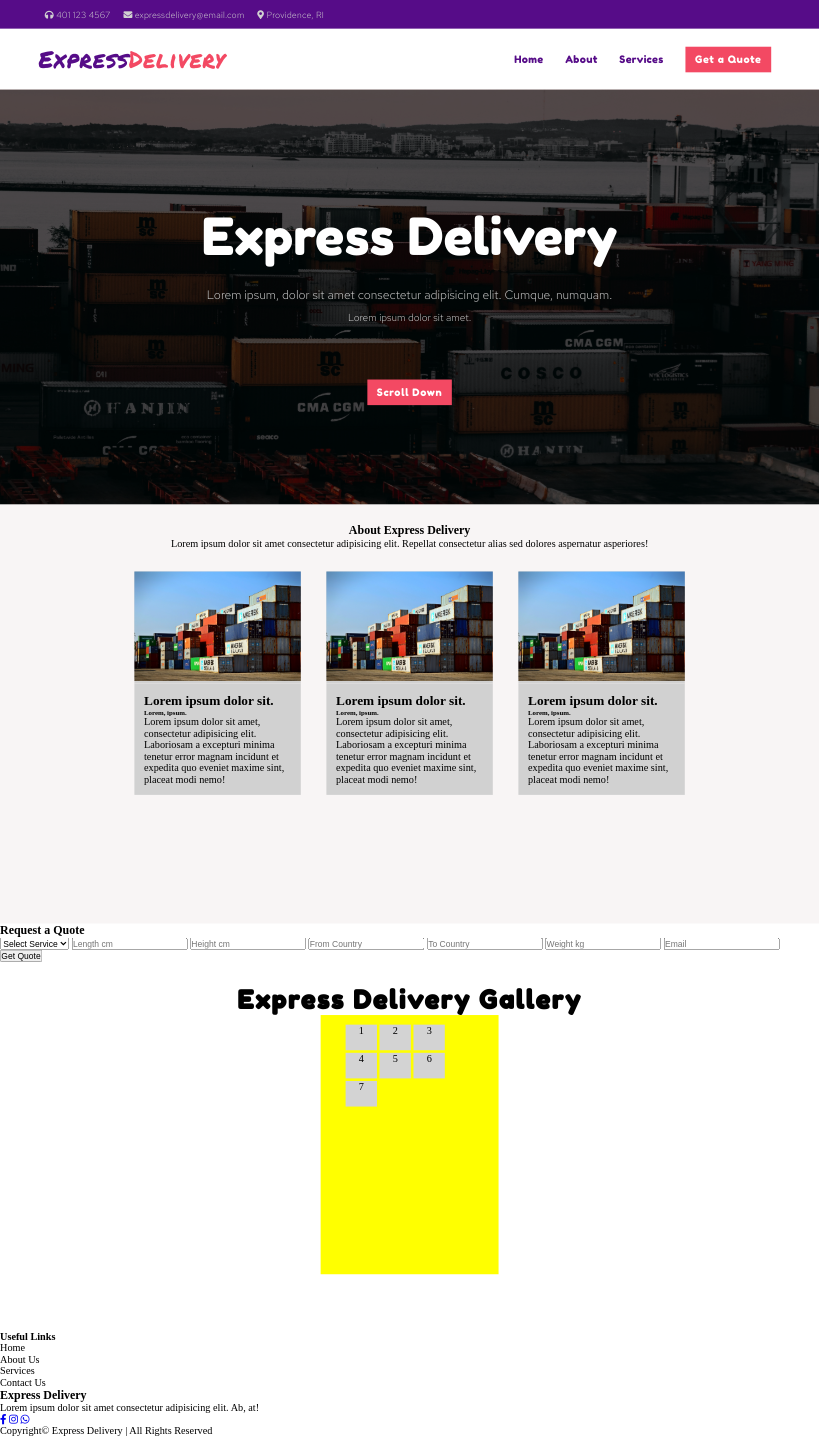
Repository: just-mann/express-delivery
Page: index.html
An editor plug-in stored every save of this project. The page is shown before and after the next save, followed by the edit.
The browser window is 1280 px wide. The pictures show the whole page, at 64% of full size.
The style sheet was rebuilt from its Sass, Less or Tailwind sources for each picture, by a compiler version that may differ from the author's.

Above is the page before, as saved 2021-06-30 14:56:15.

After the next save:
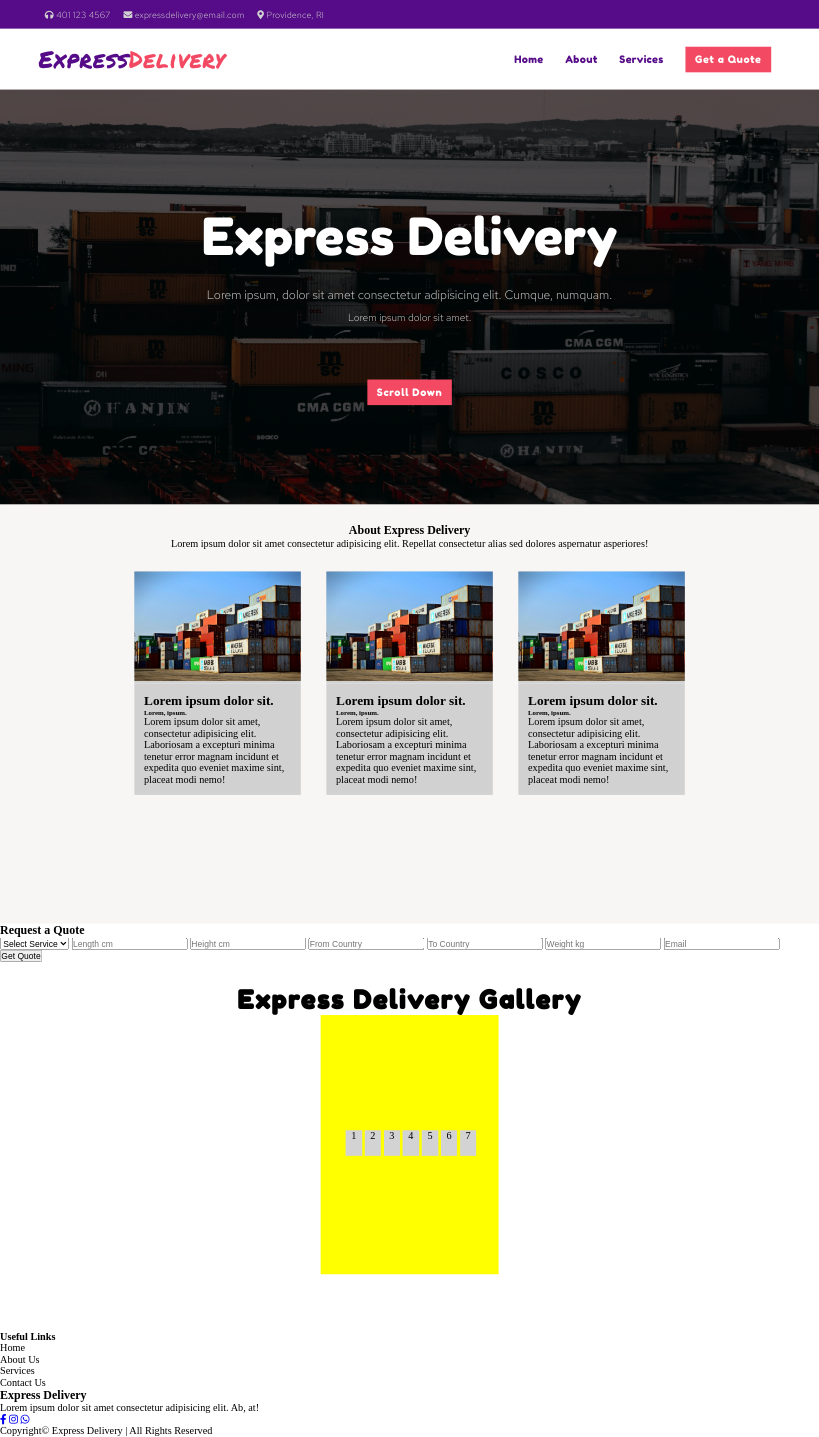
Saved 27 s later.
--- a/Sass/style.scss
+++ b/Sass/style.scss
@@ -238,7 +238,9 @@
         text-align: center;
         width: 23%;
         margin: 0 auto;
-        // float: left;
+        display: flex;
+        justify-content: center;
+        align-items: center;
 
         div {
             background: lightgray;

After the save that followed:
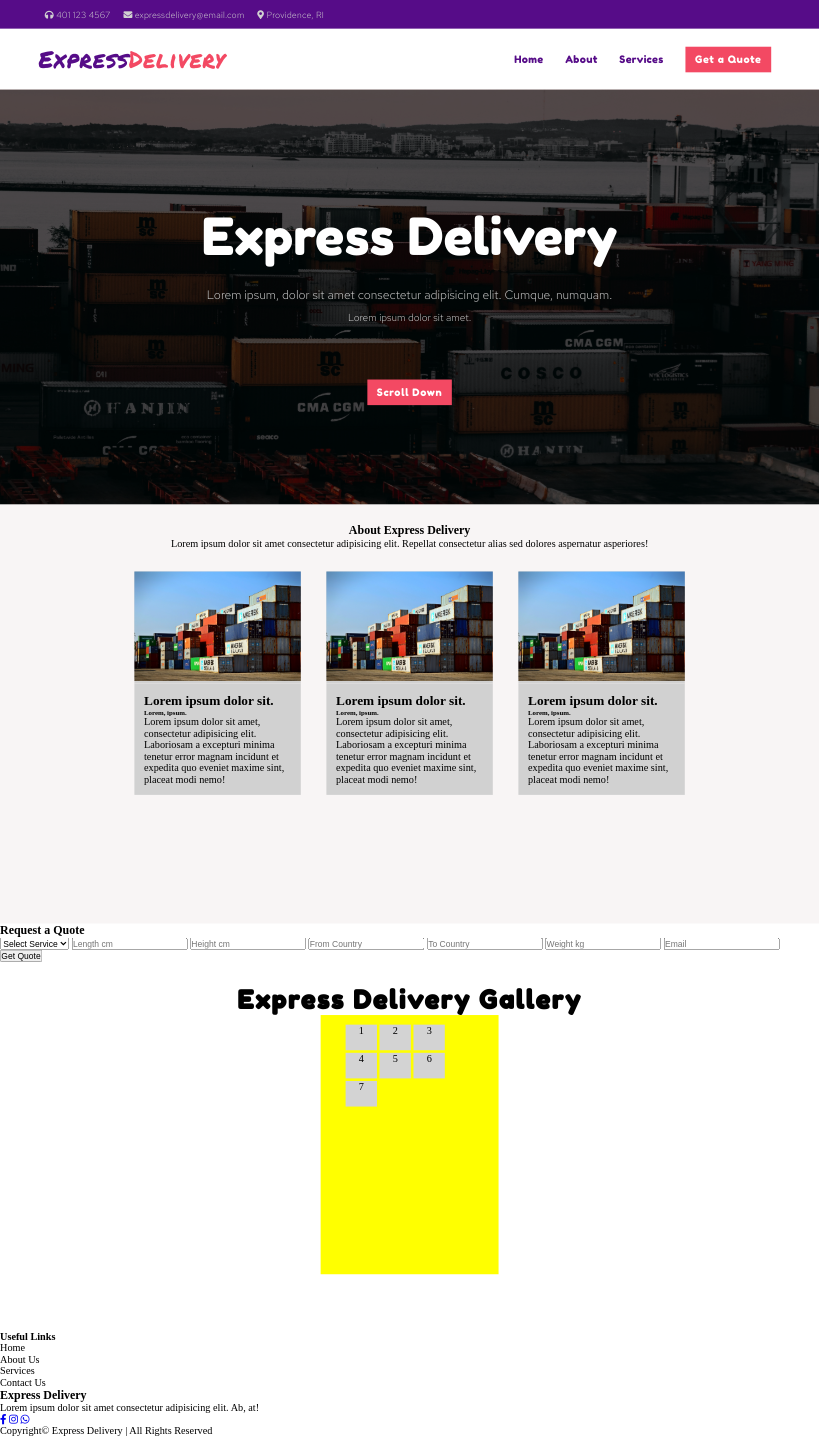
Saved 14 s later.
--- a/Sass/style.scss
+++ b/Sass/style.scss
@@ -238,9 +238,7 @@
         text-align: center;
         width: 23%;
         margin: 0 auto;
-        display: flex;
-        justify-content: center;
-        align-items: center;
+        // float: left;
 
         div {
             background: lightgray;
